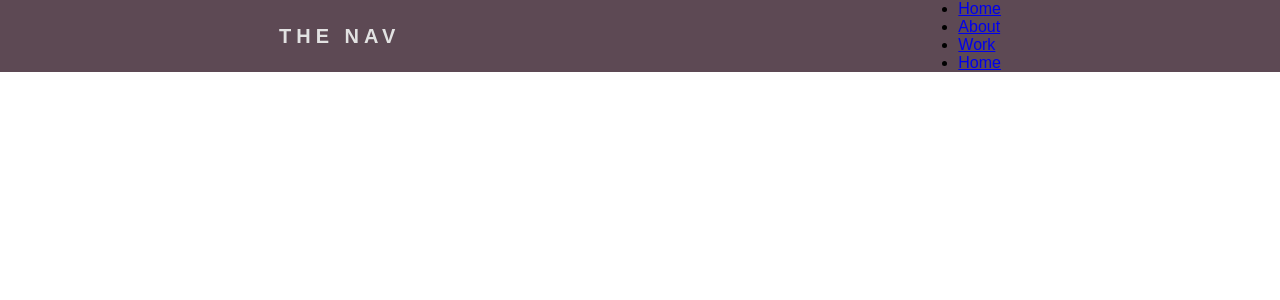
Repository: rmcc0724/html_challenge
Page: responsive-navbar/index.html
The author's editor kept a record of every edit. The page is drawn from the files as they stood at one moment, then again after the next edit.
The browser window is 1280 px wide. The pictures show the whole page.

Above is the page before.
Console error: TypeError: Cannot read properties of null (reading 'addEventListener')

### responsive-navbar/index.html
<!DOCTYPE html>
<html lang="en">

<head>
    <meta charset="UTF-8">
    <link type="text/css" rel="stylesheet" href="style.css">
    <title>Budgety</title>
</head>

<body>
    <nav>
        <div class='logo'>
            <h4>
                The Nav
            </h4>
        </div>
        <ul>
            <li>
                <a href="#">Home</a>
            </li>
            <li>
                <a href="#">About</a>
            </li>
            <li>
                <a href="#">Work</a>
            </li>
            <li>
                <a href="#">Home</a>
            </li>
        </ul>
    </nav>


</body>
<script src="app.js"></script>

</html>

### responsive-navbar/style.css
* {
    margin: 0;
    padding: 0;
    box-sizing: border-box;
}

nav {
    display: flex;
    justify-content: space-around;
    align-items: center;
    min-height: 8vh;
    background-color: #5D4954;
    font-family: 'Montserrat', sans-serif;
}

.logo {
    color: rgb(226, 226, 226);
    text-transform: uppercase;
    letter-spacing: 5px;
    font-size: 20px
}

.nav-links {
    display: flex;
    justify-content: space-around;
    width: 390px;
}

.nav-links {
    list-style: none;
}

.nav-links a {
    color: rgb(226, 226, 226);
    text-decoration: none;
    letter-spacing: 3px;
    font-weight: bold;
    font-size: 14px;
}

.burger div {
    width: 25px;
    height: 3px;
    background-color: rgb(226, 226, 226);
    margin: 5px;
}

.burger {
    display: none;
}


@media screen and (max-width:768px) {
    .nav-links {
        position: absolute;
        right: 0px;
        height: 92vh;
        top: 8vh;
        background-color: #5D4954;
        display: flex;
        flex-direction: column;
        align-items: center;
        width: 50%;
        transform: translate(100%);
        transition: transform 0.5s ease-in;
    }

    .nav-links li {
        opacity: 0;
    }

    .burger {
        display: block;
    }

    .nav-active {
        transform: translate(0%);
    }

    @keyframes navLinkFade {
        from{

        }
        to{

        }
    }
}

### responsive-navbar/app.js
const navSlide = () => {
    const burger = document.querySelector('.burger');
    const nav = document.querySelector('.nav-links');

    burger.addEventListener('click', () => {
        nav.classList.toggle('nav-active');
    });

    navLinks.forEach((link, index) => {
        link.style.animation = `navLinkFade 0.5s ease forwards ${index / 7}s`;
    });
};

navSlide();

After the next edit:
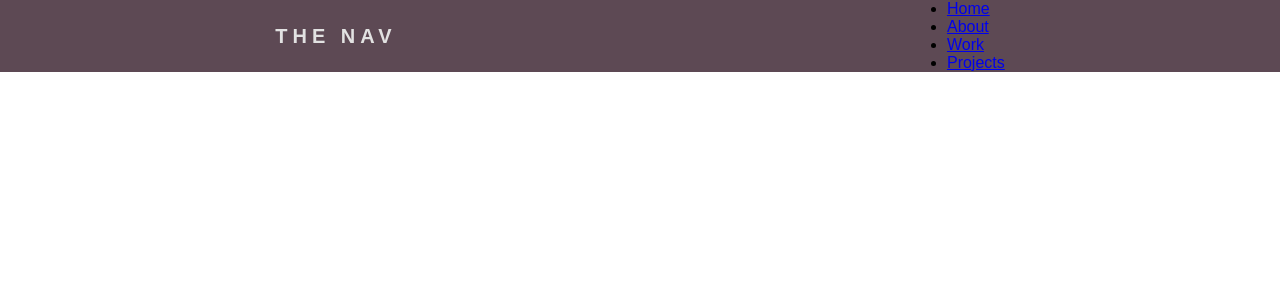
The edit:
--- a/responsive-navbar/index.html
+++ b/responsive-navbar/index.html
@@ -25,7 +25,7 @@
                 <a href="#">Work</a>
             </li>
             <li>
-                <a href="#">Home</a>
+                <a href="#">Projects</a>
             </li>
         </ul>
     </nav>
